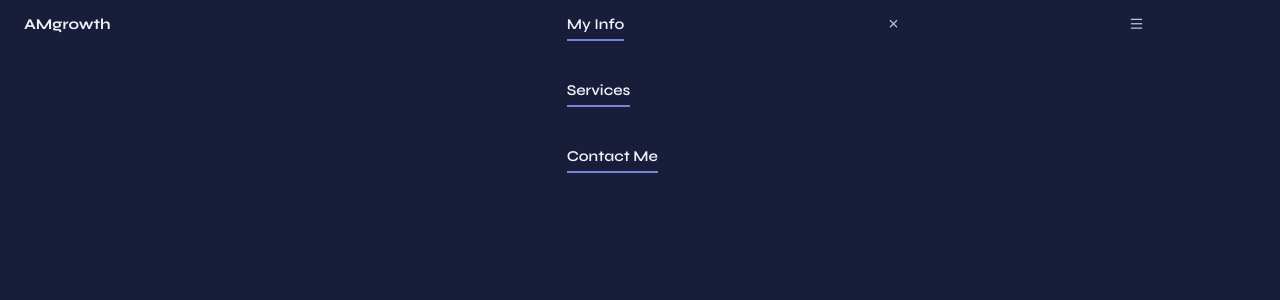
Repository: Ademaulana100499/portofolio
Page: index.html
These files come from the project's save history. The page is drawn as it stood at one moment and after the next save; the edit follows.
The browser window is 1280 px wide. The pictures show the whole page.
Some web fonts or font styles are not loaded; a fallback is used.

Above is the page before, as saved 2024-11-28 14:56:38.

### index.html
<!DOCTYPE html>
<html lang="en">
  <head>
    <meta charset="UTF-8" />
    <meta name="viewport" content="width=device-width, initial-scale=1.0" />
    <title>AMgrowth</title>
    <link rel="shortcut icon" href="assets/img/Favicon.png" />
    <link
      href="https://cdn.jsdelivr.net/npm/remixicon/fonts/remixicon.css"
      rel="stylesheet"
    />
    <link rel="stylesheet" href="assets/css/style.css" />
  </head>
  <body>
    <!-- HEADER -->
    <header class="header" id="header">
      <nav class="nav container">
        <a href="#" class="nav__logo">AMgrowth</a>

        <div class="nav__menu" id="nav-menu"></div>
        <ul class="nav__list">
          <li>
            <a href="#home" class="nav__link">Home</a>
          </li>
          <li>
            <a href="#project" class="nav__link">Project</a>
          </li>
          <li>
            <a href="#info" class="nav__link">My Info</a>
          </li>
          <li>
            <a href="#services" class="nav__link">Services</a>
          </li>
          <li>
            <a href="#contact" class="nav__link">Contact Me</a>
          </li>
        </ul>
        <!-- Close Button -->
        <div class="nav__close" id="nav-close">
          <i class="ri-close-line"></i>
        </div>
        <!-- Toggle Button -->
        <div class="nav__toggle" id="nav-toggle">
          <i class="ri-menu-line"></i>
        </div>
      </nav>
    </header>

    <!-- MAIN -->
    <main class="main" id="main"></main>

    <!-- FOOTER -->
    <footer class="footer" id="footer"></footer>
    <!-- SCROLL UP -->
    <!-- SCROLLREVEAL -->
    <script src=""></script>
    <!-- EMAIL JS -->
    <script src=""></script>
    <!-- MAIN JS -->
    <script src="assets/js/main.js"></script>
  </body>
</html>

### assets/css/style.css
@import url("https://fonts.googleapis.com/css2?family=Kite+One&family=Oooh+Baby&family=Orelega+One&family=Poppins:ital,wght@0,100;0,200;0,300;0,400;0,500;0,600;0,700;0,800;0,900;1,100;1,200;1,300;1,400;1,500;1,600;1,700;1,800;1,900&family=Syne:wght@400..800&display=swap");

/* VARIABLE CSS */
:root {
  --header-height: 3rem;

  /* Colors */
  --hue: 230;
  --first-color: hsl(var(--hue), 55%, 55%);
  --first-color-light: hsl(var(--hue), 55%, 65%);
  --first-color-alt: hsl(var(--hue), 50%, 50%);
  --title-color: hsl(var(--hue), 30%, 95%);
  --text-color: hsl(var(--hue), 20%, 80%);
  --text-color-light: hsl(var(--hue), 20%, 70%);
  --body-color: hsl(var(--hue), 40%, 16%);
  --container-color: hsl(var(--hue), 40%, 20%);

  /* Font and typography */
  --body-font: "Syne", sans-serif;
  --biggest-font-size: 3rem;
  --h1-font-size: 1.5rem;
  --h2-font-size: 1.25rem;
  --h3-font-size: 1rem;
  --normal-font-size: 0.938rem;
  --small-font-size: 0.813rem;
  --smaller-font-size: 0.75rem;

  /* Font weight */
  --font-regular: 400;
  --font-semi-bold: 600;
  --font-bold: 700;

  /* z index */
  --z-tooltip: 10;
  --z-fixed: 100;

  /* Responsive typography */
  @media screen and (min-width: 1150px) {
    :root {
      --biggest-font-size: 5.5rem;
      --big-font-size: 2.75rem;
      --h1-font-size: 2.25rem;
      --h2-font-size: 1.5rem;
      --h3-font-size: 1.25rem;
      --normal-font-size: 1.125rem;
      --small-font-size: 0.875rem;
    }
  }

  /* BASE */
  * {
    margin: 0;
    padding: 0;
    box-sizing: border-box;
  }

  html {
    scroll-behavior: smooth;
  }

  body,
  input,
  textarea,
  button {
    font-family: var(--body-font);
    font-size: var(--normal-font-size);
  }

  body {
    background-color: var(--body-color);
    color: var(--text-color);
  }
  input,
  button,
  textarea {
    outline: none;
    border: none;
  }

  h1,
  h2,
  h3 {
    color: var(--title-color);
    font-weight: var(--font-semi-bold);
  }
  p {
    line-height: 130%;
  }

  ul {
    list-style: none;
  }

  a {
    text-decoration: none;
  }

  img {
    max-width: 100%;
    max-width: 100%;
    height: auto;
  }

  /* REUSABLE CSS CLASSES */
  .container {
    max-width: 1120px;
    margin-inline: 1.5rem;
  }

  .grid {
    display: grid;
    gap: 1.5rem;
  }

  .section {
    padding-block: 5rem 2rem;
  }

  .section__title {
    font-size: var(--h1-font-size);
    text-align: center;
    margin-bottom: 2rem;
    font-weight: var(--font-bold);
  }
  main {
    overflow: hidden;
  }
}

/* HEADER & NAV */
.header {
  position: fixed;
  width: 100%;
  top: 0;
  left: 0;
  background-color: transparent;
  z-index: var(--z-fixed);
}
.nav {
  position: relative;
  height: var(--header-height);
  display: flex;
  justify-content: space-between;
  align-items: center;
}

.nav__logo {
  color: var(--title-color);
  font-weight: var(--font-bold);
}
.nav-toggle,
.nav-close {
  font-size: 1.5rem;
  cursor: pointer;
  color: var(--title-color);
}
/* Navigation for mobile */
@media screen and (max-width: 1150px) {
  .nav__menu {
    position: fixed;
    top: 0;
    right: 0;
    background-color: hsla(var(--hue), 70%, 4%, 0.2);
    backdrop-filter: blur(16px);
    -webkit-backdrop-filter: blur(16px);
    width: 80%;
    height: 100%;
    padding: 7rem 3rem;
    transition: right 0.4s;
  }
}
.nav__list {
  display: flex;
  flex-direction: column;
  row-gap: 3rem;
}
.nav__link {
  position: relative;
  color: var(--title-color);
  font-weight: var(--font-semi-bold);
  transition: color 0.4s;
}
.nav__link::after {
  content: "";
  width: 100%;
  height: 2px;
  background-color: var(--first-color-light);
  position: absolute;
  left: 0;
  bottom: -0.5rem;
  transition: width 0.3s;
}
.nav__link:hover {
  color: var(--first-color-light);
}
.nav__link:hover::after {
  width: 30%;
}

/* Show Menu */
/* Add blur to header */
/* Active link */

/* HOME */

Loaded but not shown: assets/js/main.js (no copy from this time; the picture is the same without it)

After the next save:
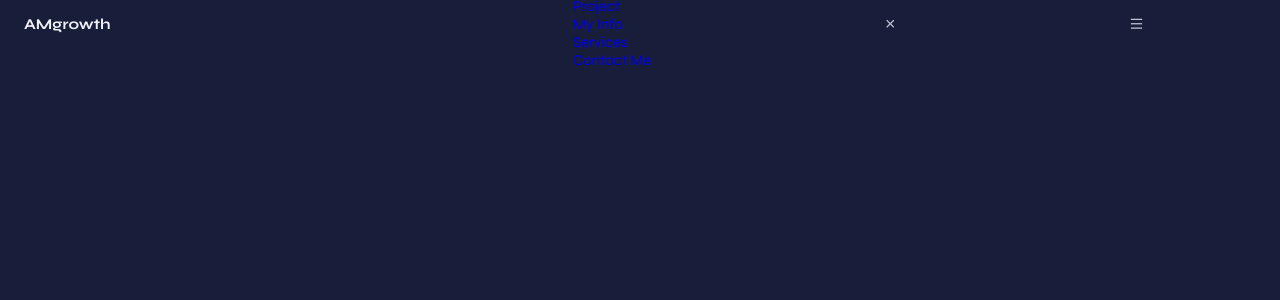
Saved 63 s later.
--- a/assets/css/style.css
+++ b/assets/css/style.css
@@ -169,33 +169,6 @@
     transition: right 0.4s;
   }
 }
-.nav__list {
-  display: flex;
-  flex-direction: column;
-  row-gap: 3rem;
-}
-.nav__link {
-  position: relative;
-  color: var(--title-color);
-  font-weight: var(--font-semi-bold);
-  transition: color 0.4s;
-}
-.nav__link::after {
-  content: "";
-  width: 100%;
-  height: 2px;
-  background-color: var(--first-color-light);
-  position: absolute;
-  left: 0;
-  bottom: -0.5rem;
-  transition: width 0.3s;
-}
-.nav__link:hover {
-  color: var(--first-color-light);
-}
-.nav__link:hover::after {
-  width: 30%;
-}
 
 /* Show Menu */
 /* Add blur to header */

After the save that followed:
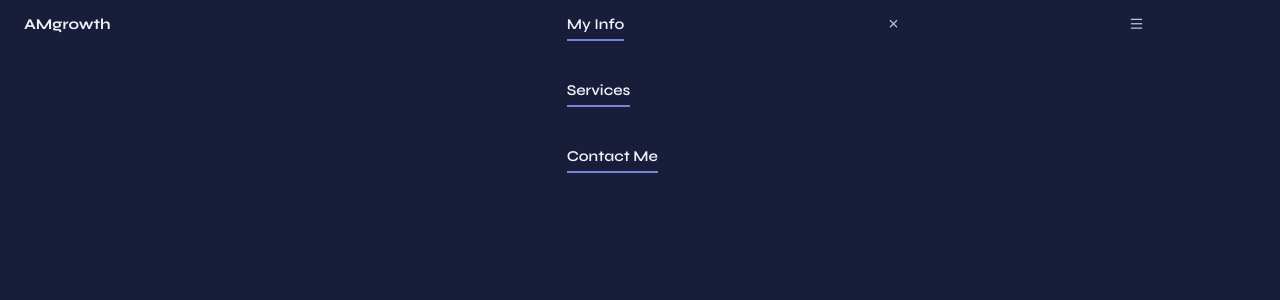
Saved 93 s later.
--- a/assets/css/style.css
+++ b/assets/css/style.css
@@ -169,6 +169,33 @@
     transition: right 0.4s;
   }
 }
+.nav__list {
+  display: flex;
+  flex-direction: column;
+  row-gap: 3rem;
+}
+.nav__link {
+  position: relative;
+  color: var(--title-color);
+  font-weight: var(--font-semi-bold);
+  transition: color 0.4s;
+}
+.nav__link::after {
+  content: "";
+  width: 100%;
+  height: 2px;
+  background-color: var(--first-color-light);
+  position: absolute;
+  left: 0;
+  bottom: -0.5rem;
+  transition: width 0.3s;
+}
+.nav__link:hover {
+  color: var(--first-color-light);
+}
+.nav__link:hover::after {
+  width: 30%;
+}
 
 /* Show Menu */
 /* Add blur to header */
